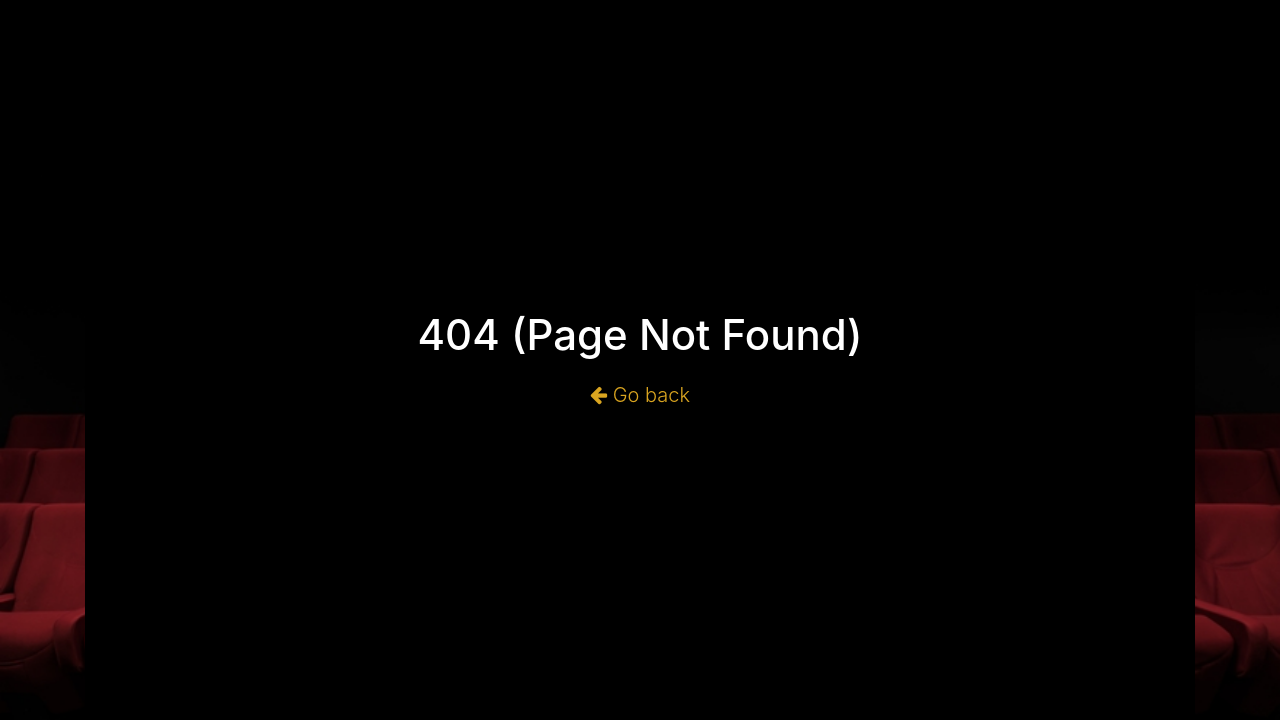
Repository: latenightsnacc/movie-db-app
Page: error.html
An editor plug-in stored every save of this project. The page is shown before and after the next save, followed by the edit.
The browser window is 1280 px wide. The pictures show the whole page.
The style sheet was rebuilt from its Sass, Less or Tailwind sources for each picture, by a compiler version that may differ from the author's.

Above is the page before, as saved 2020-06-19 10:36:30.

After the next save:
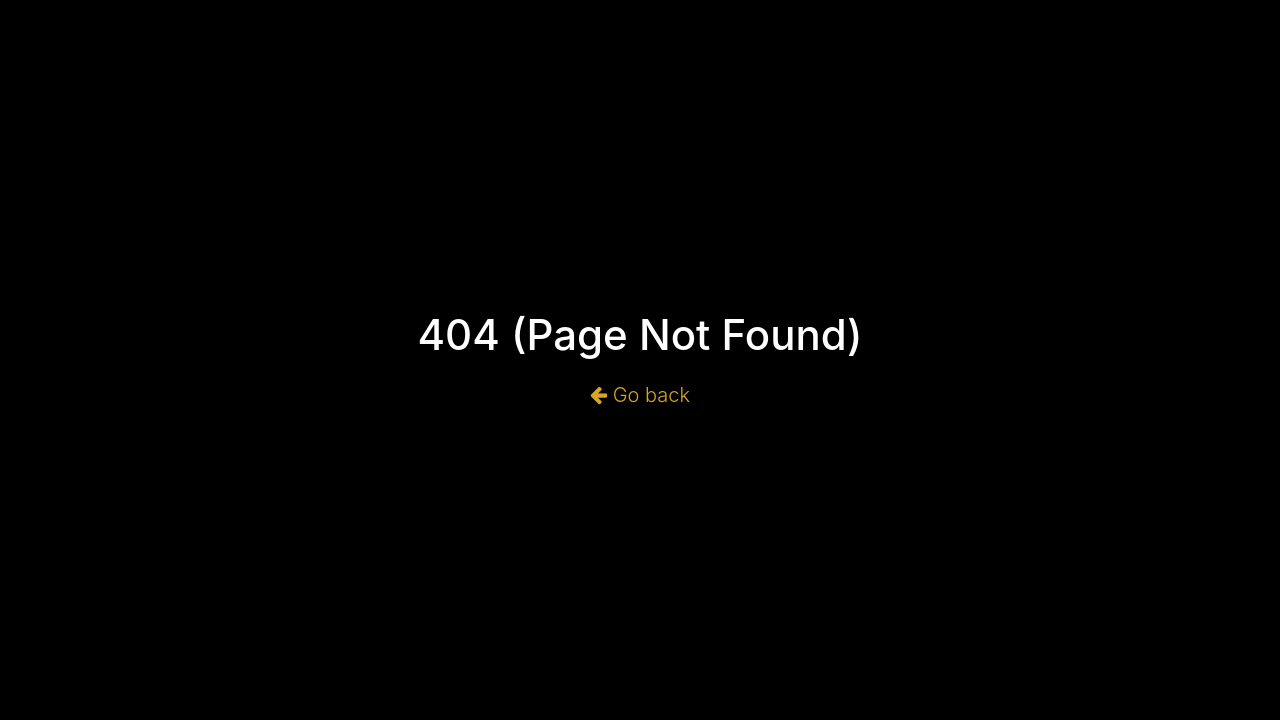
Saved 20 s later.
--- a/Stylesheet/Error404.scss
+++ b/Stylesheet/Error404.scss
@@ -1,12 +1,17 @@
 @import 'variables';
 
+.wrapper {
+    width: 100%;
+    height: 100%;
+    background-color: $dark;
+}
 .error404 {
     display: flex;
     flex-direction: column;
     height: 100vh;
     align-items: center;
     justify-content: center;
-    background-color: $dark;
+
 
     h1 {
         color: $light;
